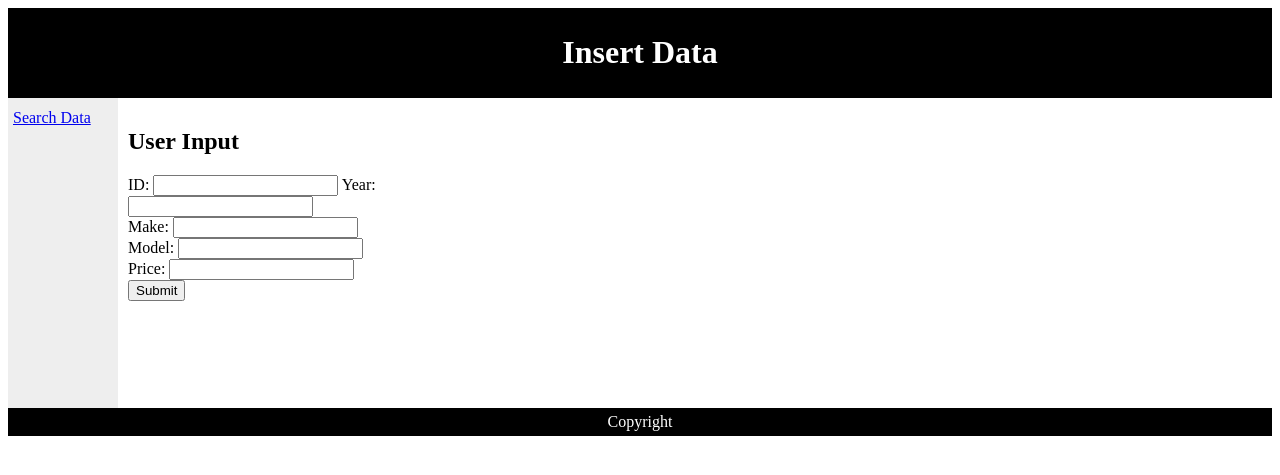
Repository: CamdenMurphy/workspace4830-intro-to-software-engineering
Page: techExercise/techExercise-Murphy/src/main/webapp/delete_murphy.html
These files come from the project's save history. The page is drawn as it stood at one moment and after the next save; the edit follows.
The browser window is 1280 px wide. The pictures show the whole page.

Above is the page before, as saved 2023-10-12 04:53:03.

After the next save:
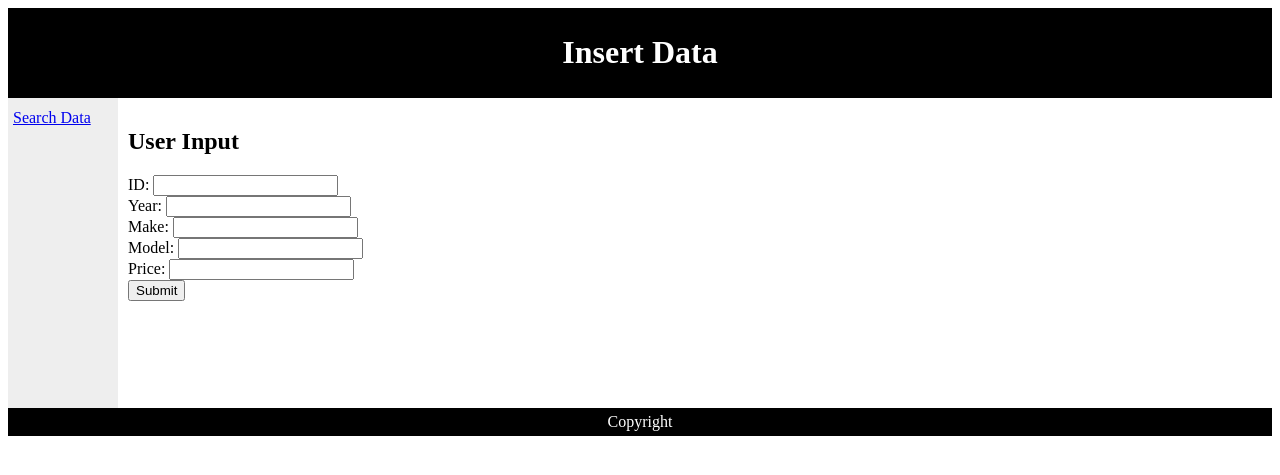
Saved 45 s later.
--- a/techExercise/techExercise-Murphy/src/main/webapp/delete_murphy.html
+++ b/techExercise/techExercise-Murphy/src/main/webapp/delete_murphy.html
@@ -44,7 +44,7 @@ footer {
 
 	<form action="InsertMurphy" method="POST">
 
-		ID: <input>
+		ID: <input type="text" name="year"> <br/>
 
 		Year: <input type="text" name="year"> <br />
 		Make: <input type="text" name="make"> <br />
